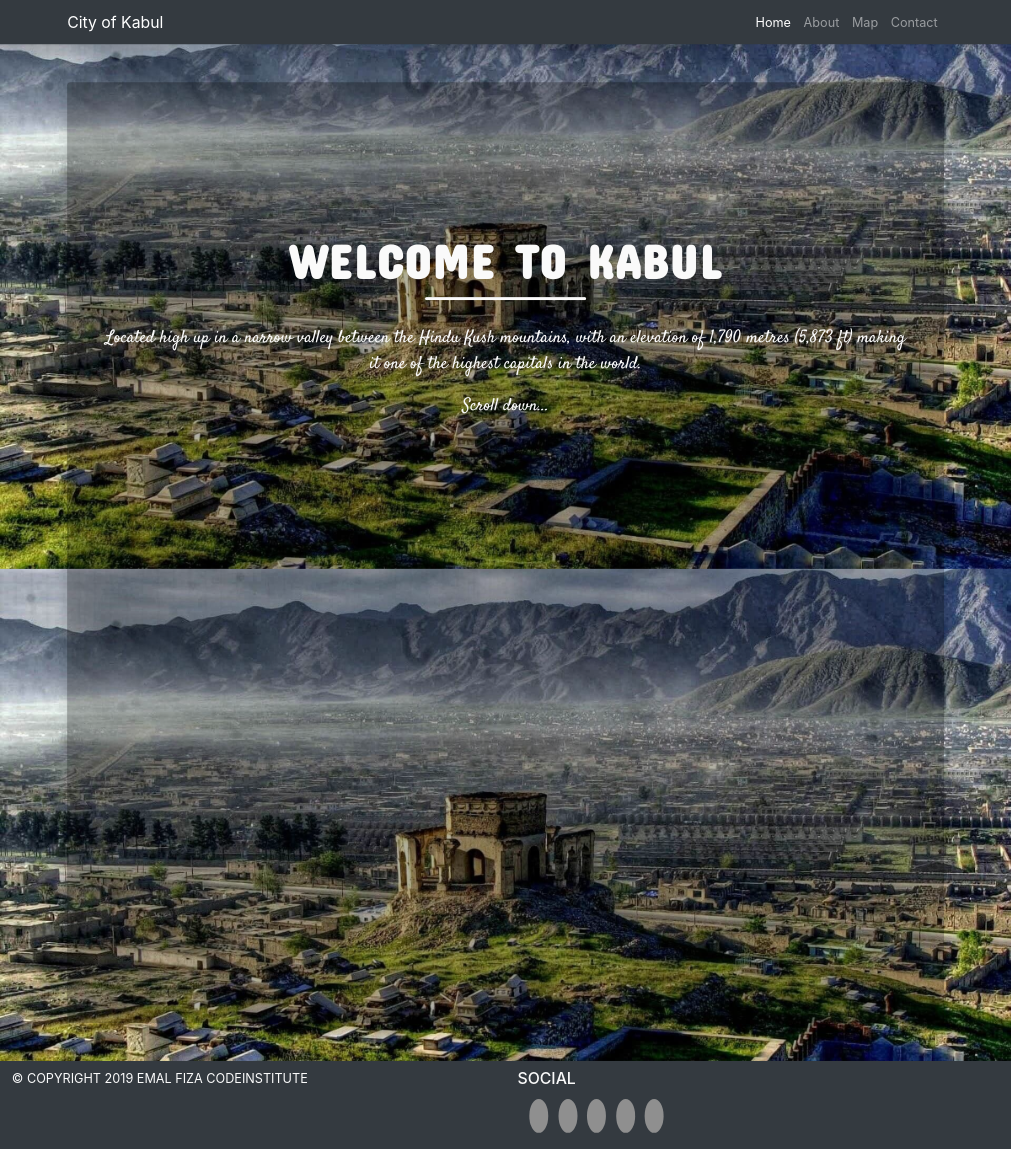
Repository: emalfiza/project-kabul
Page: index.html
The author's editor kept a record of every edit. The page is drawn from the files as they stood at one moment, then again after the next edit.
The browser window is 1280 px wide. The pictures show the whole page, at 79% of full size.
Backgrounds fixed to the window are drawn as part of the page.

Above is the page before.

After the next edit:
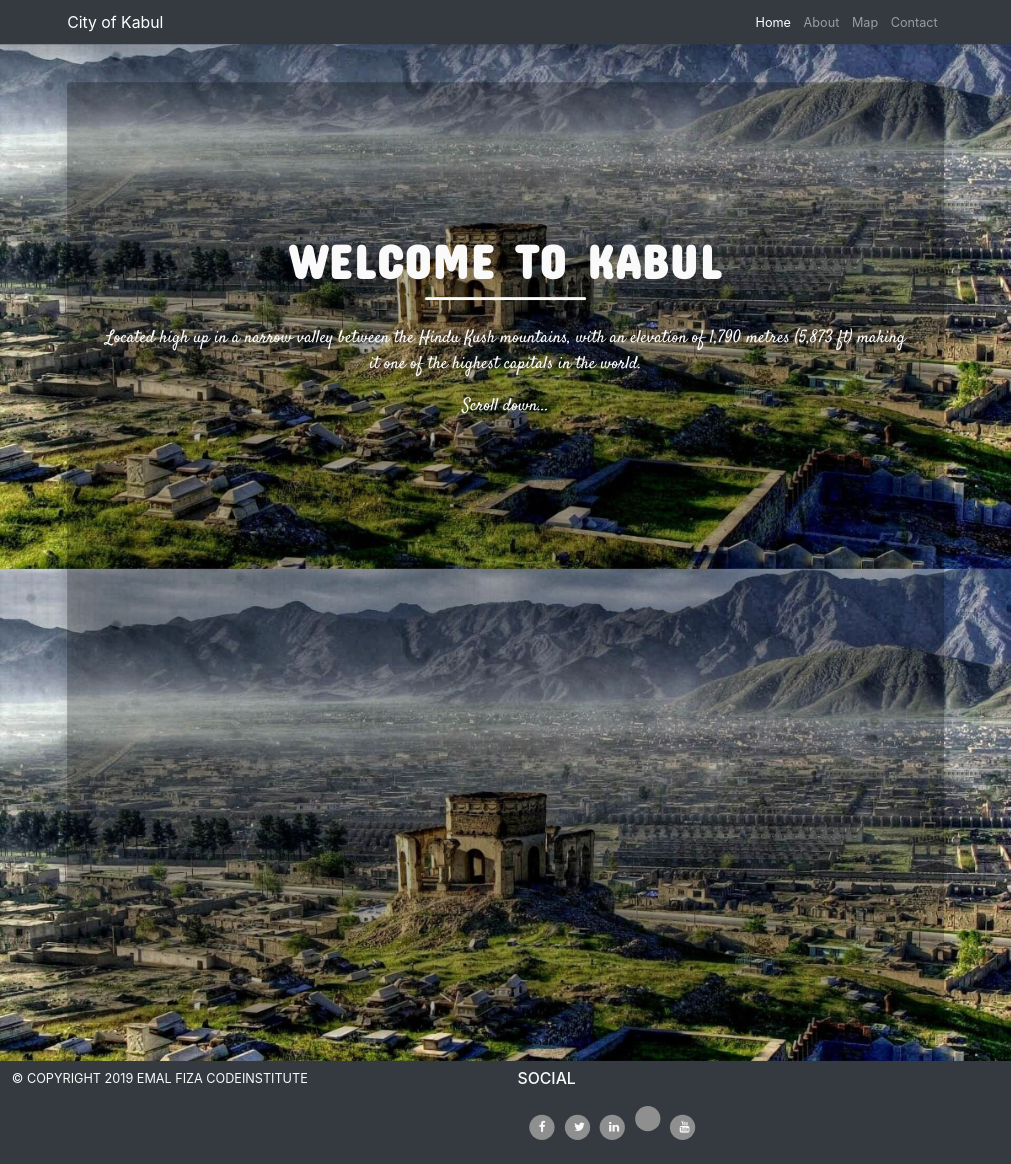
The edit:
--- a/index.html
+++ b/index.html
@@ -6,6 +6,7 @@
   <meta name="viewport" content="width=device-width, initial-scale=1.0">
   <meta http-equiv="X-UA-Compatible" content="ie=edge">
   <link rel="stylesheet" href="https://stackpath.bootstrapcdn.com/bootstrap/4.3.1/css/bootstrap.min.css" type="text/css" />
+  <link rel="stylesheet" href="https://stackpath.bootstrapcdn.com/font-awesome/4.7.0/css/font-awesome.min.css" type="text/css" />
   <link rel="stylesheet" href="assets/css/style.css" type="text/css" />
   <title>City of Kabul</title>
 </head>
